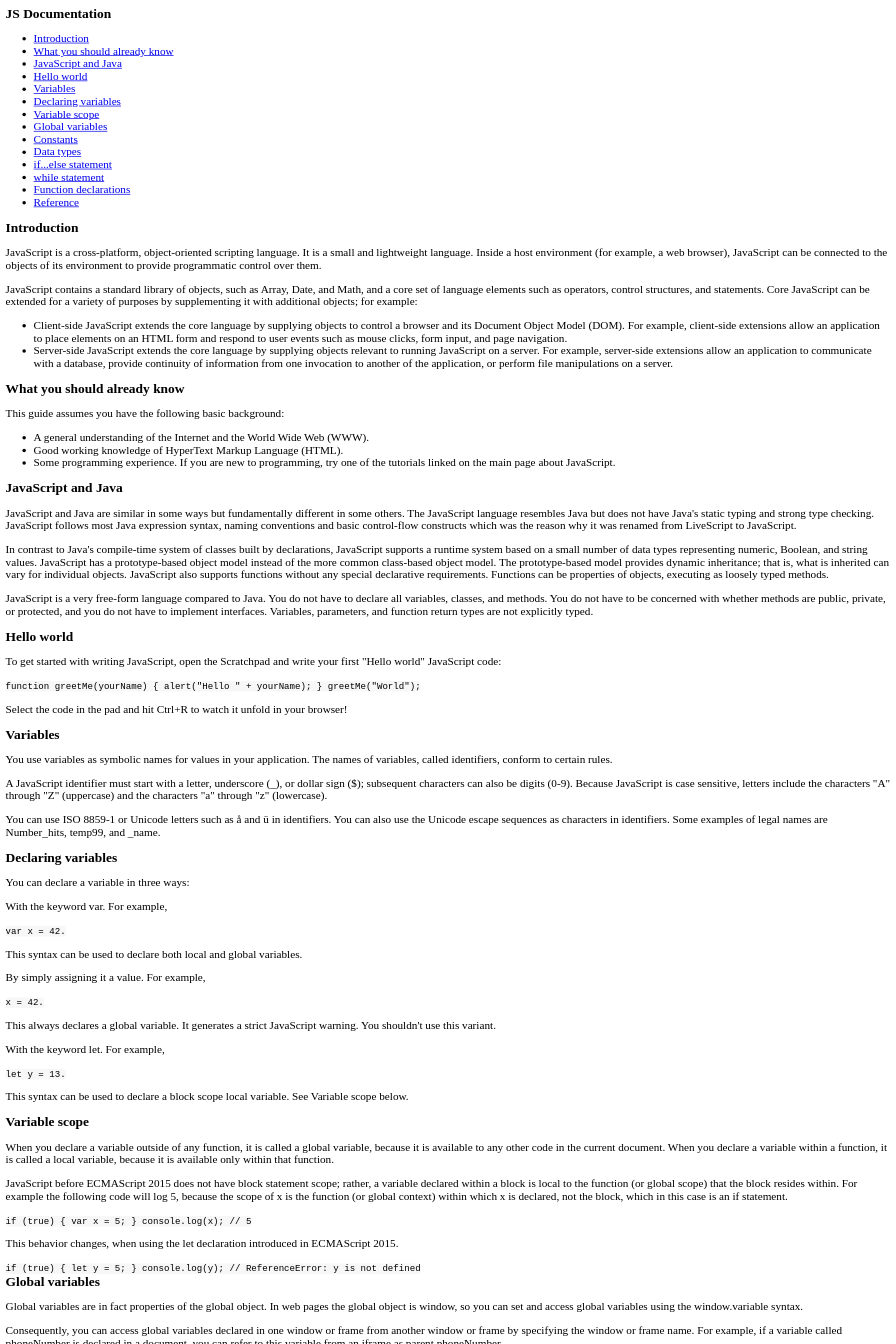
Repository: Lungdjos/technical_document_page_certificate
Page: index.html
An editor plug-in stored every save of this project. The page is shown before and after the next save, followed by the edit.
The browser window is 1280 px wide. The pictures show the part of the page from y = 0 to 1920 px (the page is 3878 px tall before and 3572 px after), at 70% of full size.

Above is the page before, as saved 2023-11-21 07:31:25.

After the next save:
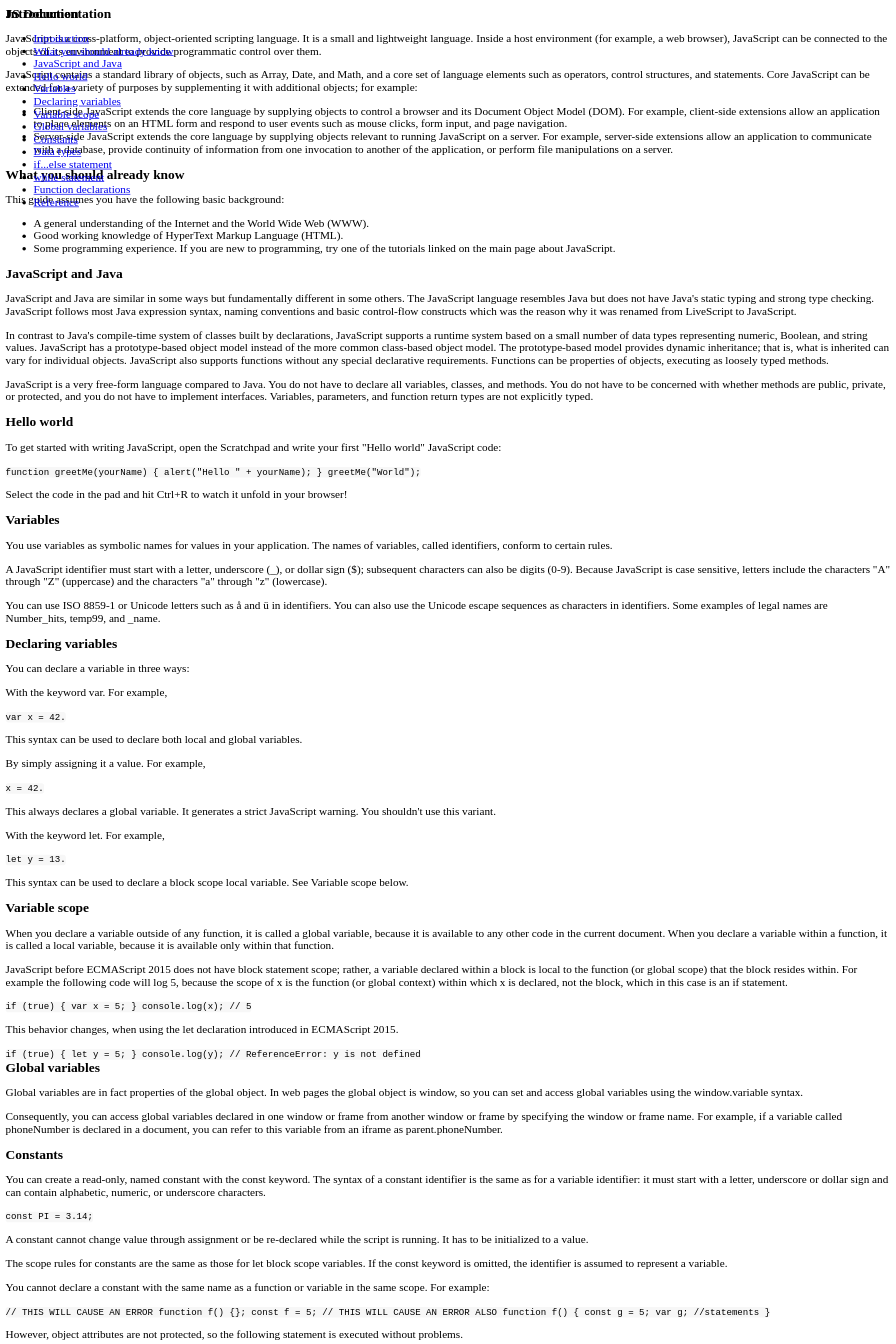
Saved 5 s later.
--- a/styles.css
+++ b/styles.css
@@ -17,7 +17,7 @@ header {
 /* nav bar styling */
 
 #nav-bar {
-    position: inherit;
+    position: fixed;
 }
 
 
